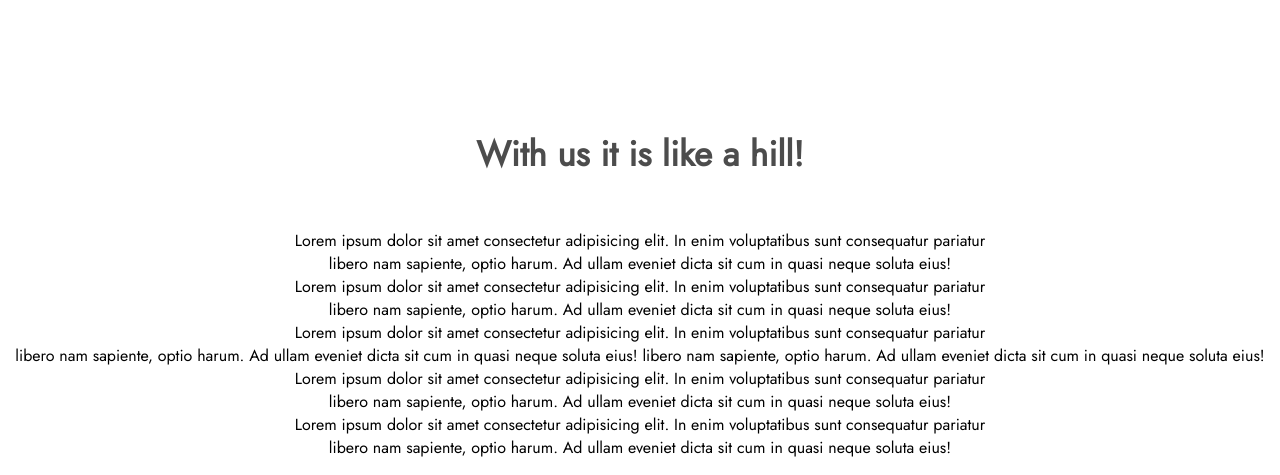
Repository: PatryxB/bikeService
Page: http://localhost/
The author's editor kept a copy of each file at every save. The page is drawn from the files as they stood at one save, then again after the next save.
The browser window is 1280 px wide. The pictures show the part of the page from y = 1126 to 1624 px (the page is 1601 px tall before and 1624 px after).
The page is served by the project's Laravel application, run on PHP 8.4 with Laravel 8. Style sheets and scripts are compiled from the project's sources, by tool versions that may differ from the author's.

Above is the page before, as saved 2020-05-14 12:41:13.

After the next save:
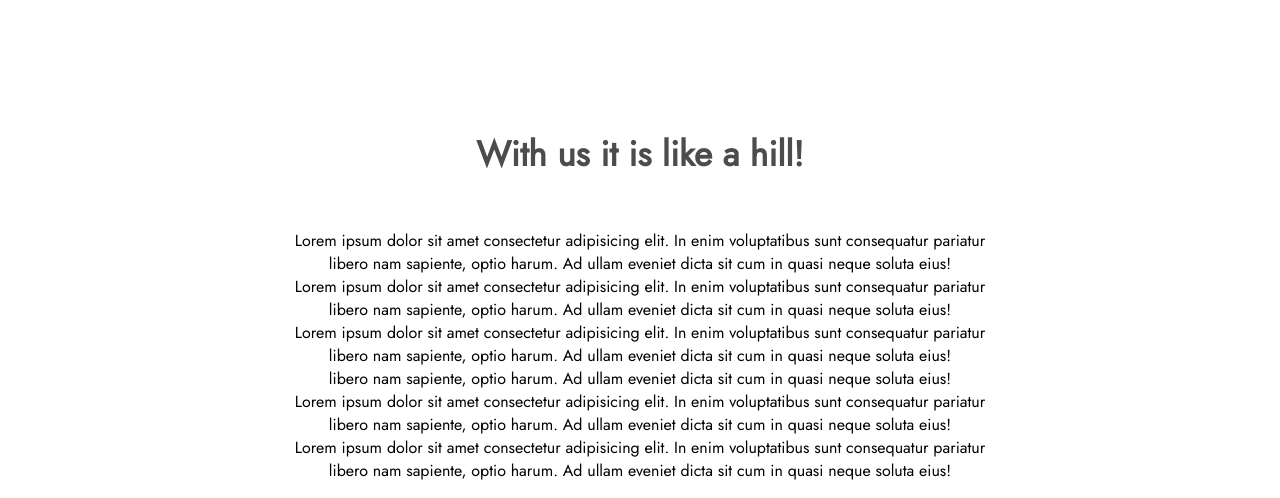
Saved 19 s later.
--- a/resources/views/welcome.blade.php
+++ b/resources/views/welcome.blade.php
@@ -55,7 +55,7 @@
                 Lorem ipsum dolor sit amet consectetur adipisicing elit. In enim voluptatibus sunt consequatur pariatur <br>
                 libero nam sapiente, optio harum. Ad ullam eveniet dicta sit cum in quasi neque soluta eius!<br>
                 Lorem ipsum dolor sit amet consectetur adipisicing elit. In enim voluptatibus sunt consequatur pariatur <br>
-                libero nam sapiente, optio harum. Ad ullam eveniet dicta sit cum in quasi neque soluta eius!
+                libero nam sapiente, optio harum. Ad ullam eveniet dicta sit cum in quasi neque soluta eius!<br>
                 libero nam sapiente, optio harum. Ad ullam eveniet dicta sit cum in quasi neque soluta eius!<br>
                 Lorem ipsum dolor sit amet consectetur adipisicing elit. In enim voluptatibus sunt consequatur pariatur <br>
                 libero nam sapiente, optio harum. Ad ullam eveniet dicta sit cum in quasi neque soluta eius!<br>
